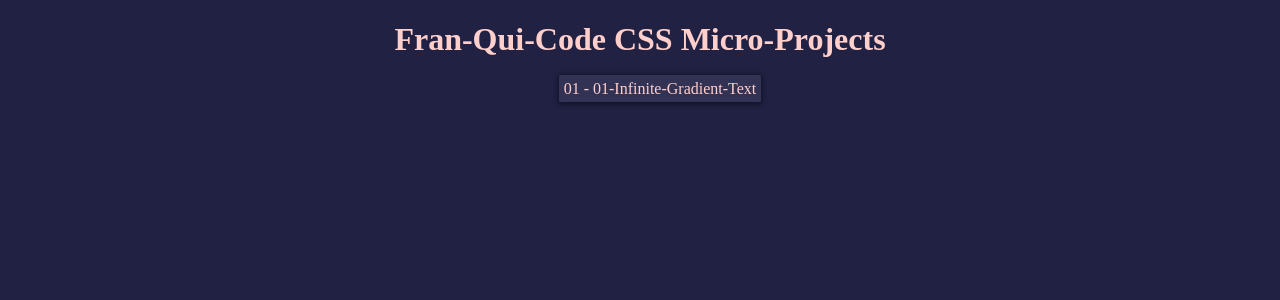
Repository: Francois-QUICODE/CSS-Micro-Projects
Page: index.html
The author's editor kept a copy of each file at every save. The page is drawn from the files as they stood at one save, then again after the next save.
The browser window is 1280 px wide. The pictures show the whole page.

Above is the page before, as saved 2020-11-28 00:13:09.

### index.html
<!DOCTYPE html>
<html lang="en">
  <head>
    <meta charset="UTF-8" />
    <title>Fran-Qui-Code CSS Micro-Projects</title>
  </head>
  <body>
    <h1>Fran-Qui-Code CSS Micro-Projects</h1>

    <ul>
      <li>
        <a href="/Projects/01-Infinite-Gradient-Text.html"
          >01 - 01-Infinite-Gradient-Text</a
        >
      </li>
    </ul>

    <style>
      @import url("https://fonts.googleapis.com/css2?family=Merriweather+Sans:wght@300;400&display=swap");
      body {
        background-color: #212144;
        color: #ffcfcc;
        text-align: center;
      }

      ul {
        list-style: none;
      }

      a,
      a:visited {
        color: #ffcfcc;
        text-decoration: none;
        border-radius: 1px;
        background-color: #323255;
        box-shadow: 0 1px 5px 1px #101022;
        padding: 5px;
      }
    </style>
  </body>
</html>

After the next save:
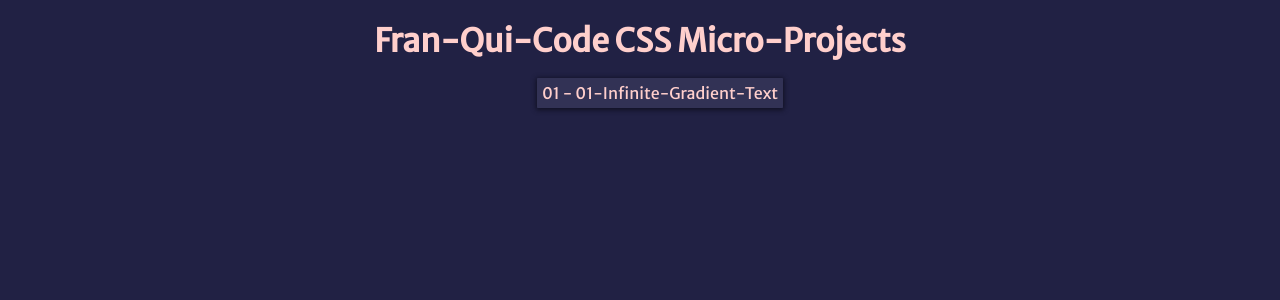
Saved 67 s later.
--- a/index.html
+++ b/index.html
@@ -21,6 +21,7 @@
         background-color: #212144;
         color: #ffcfcc;
         text-align: center;
+        font-family: "Merriweather Sans", sans-serif;
       }
 
       ul {
